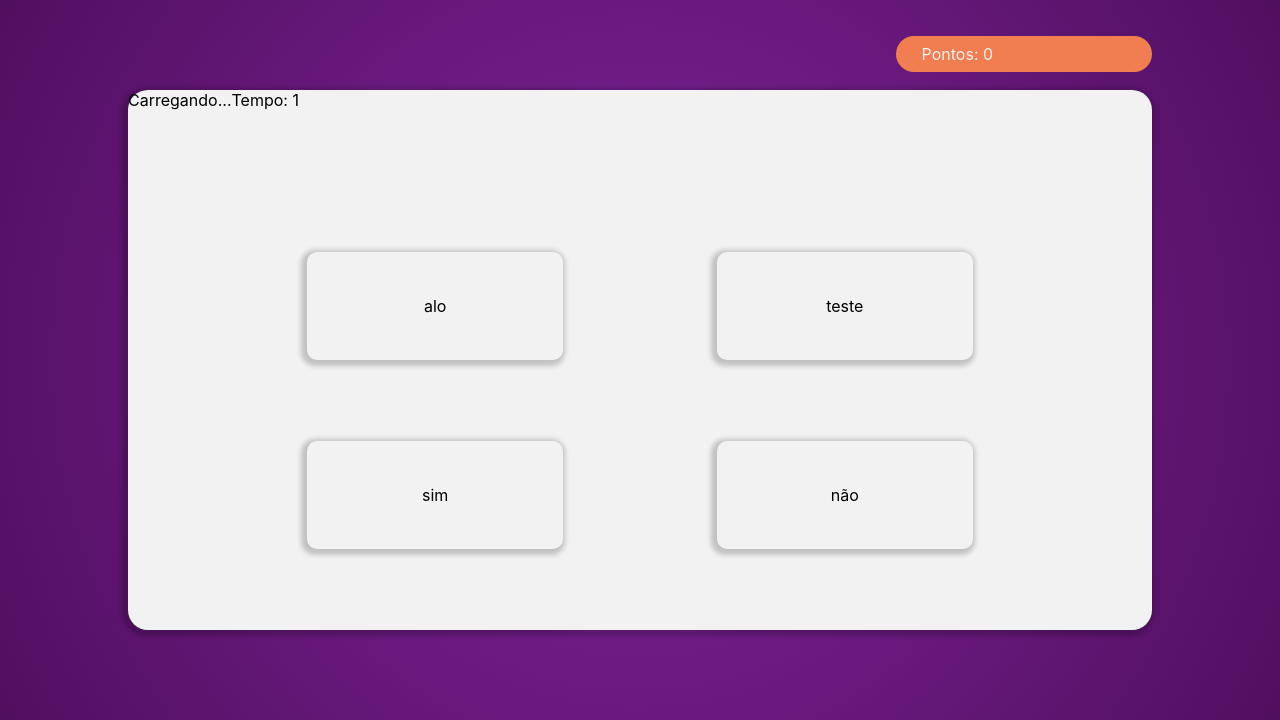
Repository: gabrielejandres/bd-final-project
Page: /play (app in frontend/)
The author's editor kept a copy of each file at every save. The page is drawn from the files as they stood at one save, then again after the next save.
The browser window is 1280 px wide. The pictures show the whole page.
The project was rebuilt for these pictures with package versions that can differ from the ones it lists, and the page was loaded fresh each time. Also part of the build but not shown: frontend/src/App.css, frontend/src/components/Button/index.jsx, frontend/src/components/Logo/style.css, frontend/src/components/Logo/index.jsx, frontend/src/components/Footer/Login/index.jsx, frontend/src/pages/Login/index.jsx, frontend/src/components/Footer/Home/style.css, frontend/src/components/Footer/Home/index.jsx and 1 more.

Above is the page before, as saved 2022-03-05 23:05:45.

After the next save:
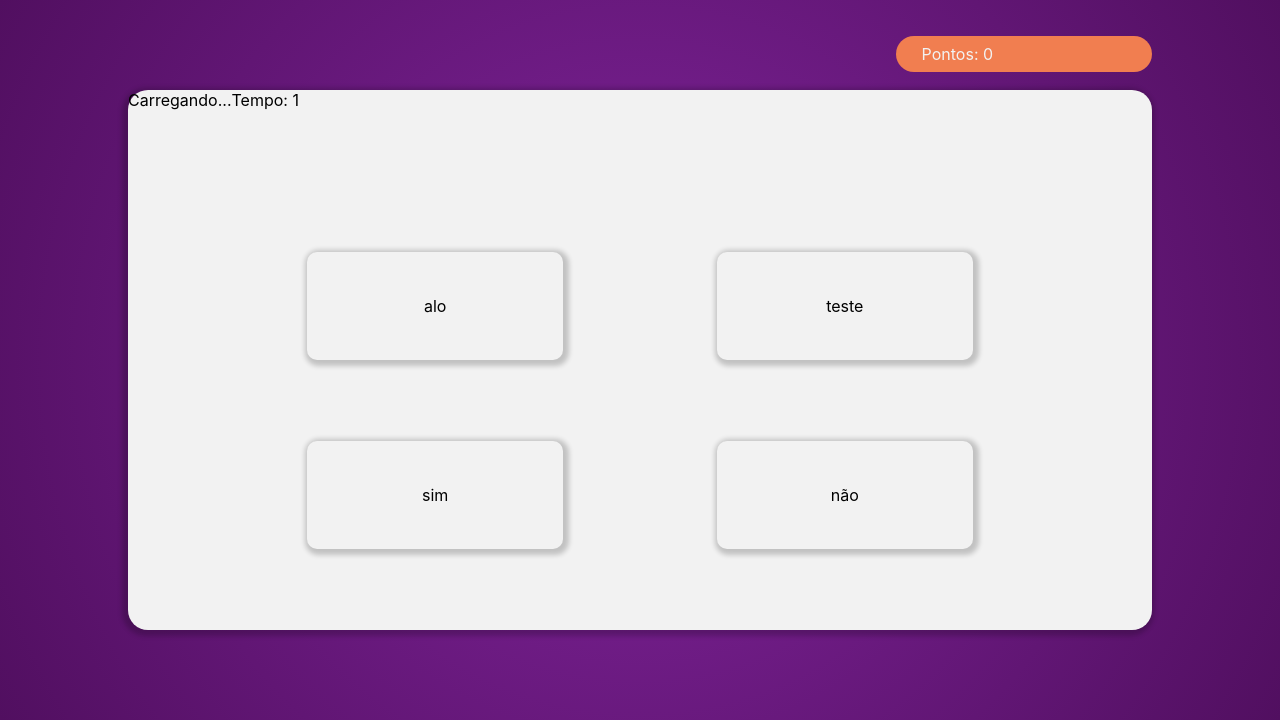
Saved 18 s later.
--- a/frontend/src/pages/Play/style.css
+++ b/frontend/src/pages/Play/style.css
@@ -50,7 +50,7 @@
   width: 20vw;
   height: 15vh;
   background-color: var(--color-neutral-lightest);
-  box-shadow: -2px 2px 5px 4px rgba(0,0,0,0.2) ;
+  box-shadow: 2px 2px 5px 4px rgba(0,0,0,0.2) ;
   cursor: pointer;
   display: flex;
   align-items: center;

After the save that followed:
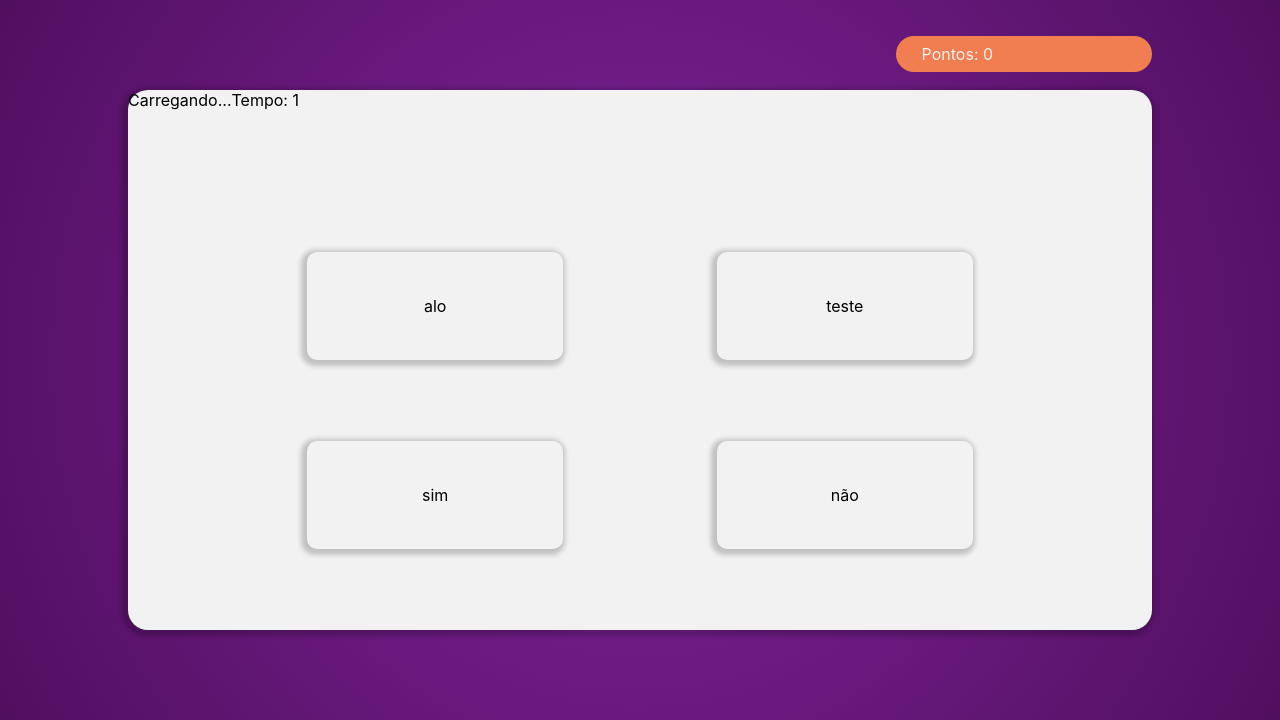
Saved 6 s later.
--- a/frontend/src/pages/Play/style.css
+++ b/frontend/src/pages/Play/style.css
@@ -50,7 +50,7 @@
   width: 20vw;
   height: 15vh;
   background-color: var(--color-neutral-lightest);
-  box-shadow: 2px 2px 5px 4px rgba(0,0,0,0.2) ;
+  box-shadow: -2px 2px 5px 4px rgba(0,0,0,0.2) ;
   cursor: pointer;
   display: flex;
   align-items: center;
